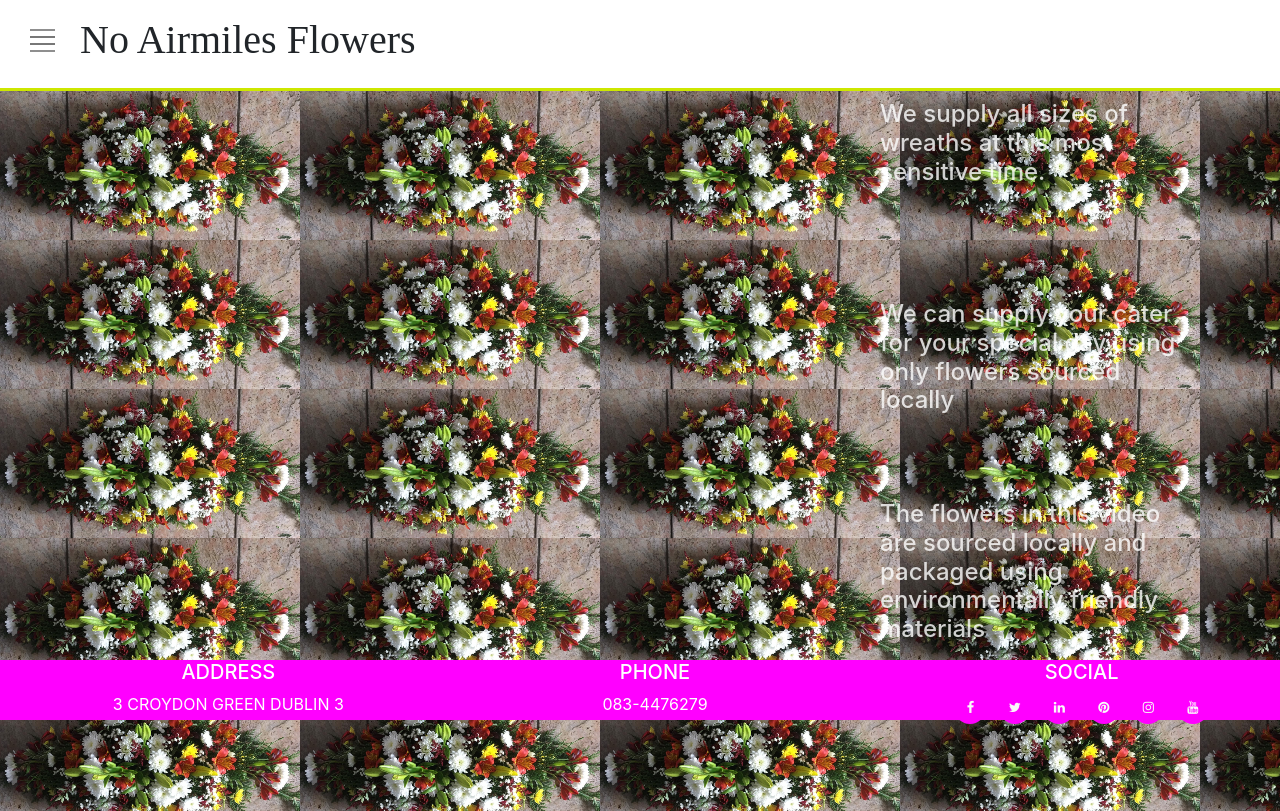
Repository: ConorTC1990/Flowers
Page: Wreaths.html
The author's editor kept a record of every edit. The page is drawn from the files as they stood at one moment, then again after the next edit.
The browser window is 1280 px wide. The pictures show the whole page.
Some web libraries are served in a nearby version.

Above is the page before.

After the next edit:
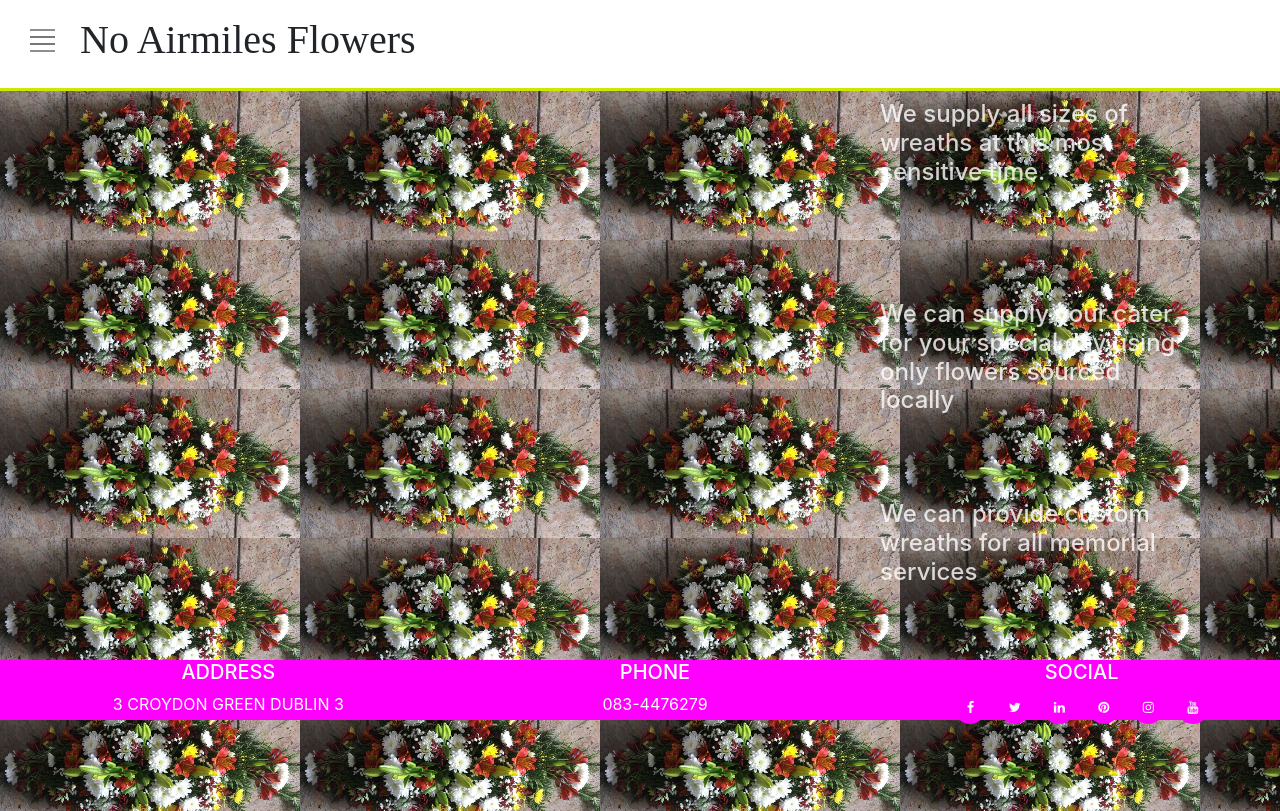
The edit:
--- a/Wreaths.html
+++ b/Wreaths.html
@@ -35,7 +35,7 @@
          <h4 class="callout">
             We supply all sizes of wreaths at this most sensitive time.
     <h4 class="callout2">
-           The flowers in this video are sourced locally and packaged using environmentally friendly materials
+          We can provide custom wreaths for all memorial services
         </h4>
          <h4 class="callout3">
           We can supply your cater for your special day using only flowers sourced locally
